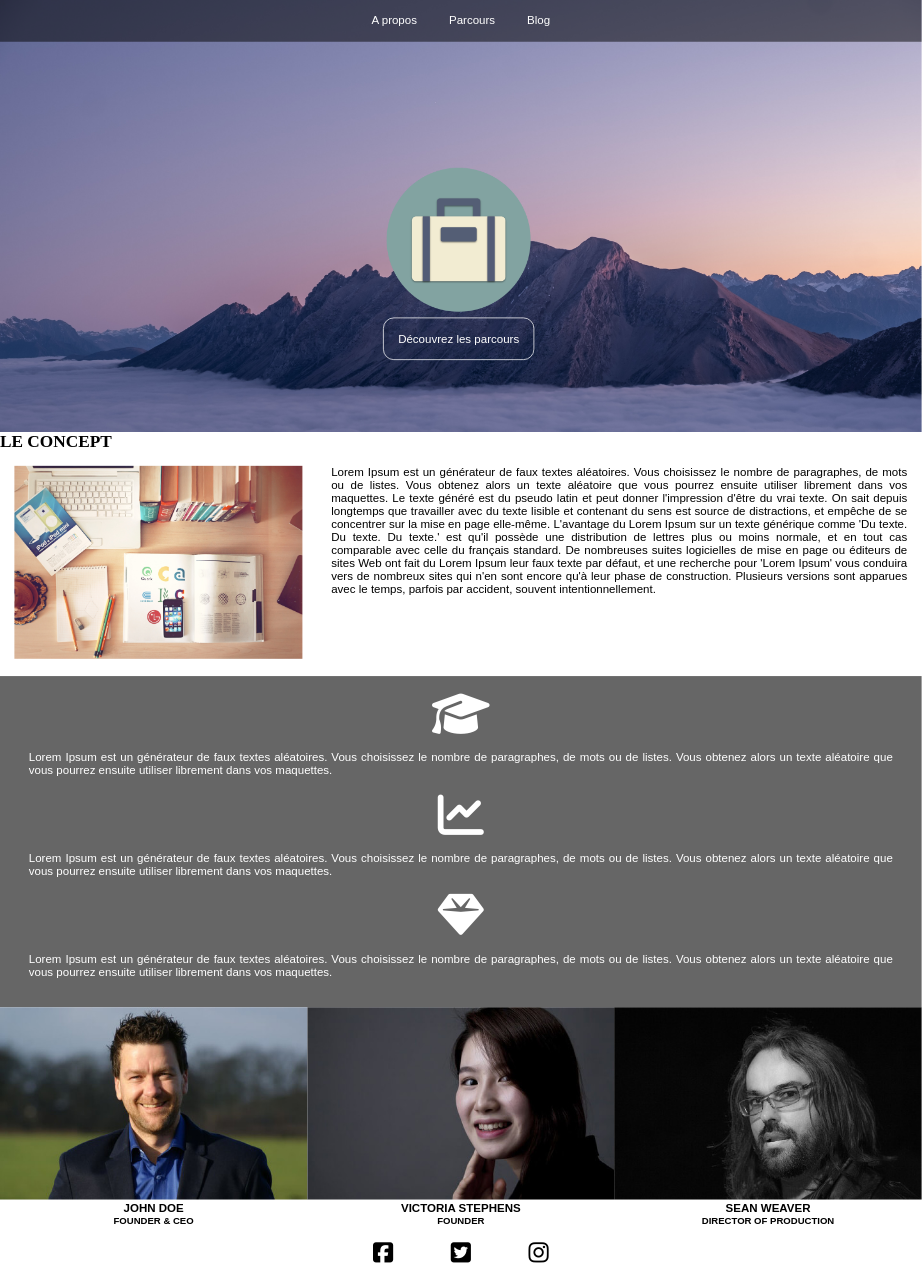
Repository: georeyff/WordPressThemes
Page: agenceVoyageInitial/index.html
The author's editor kept a copy of each file at every save. The page is drawn from the files as they stood at one save, then again after the next save.
The browser window is 1280 px wide. The pictures show the whole page, at 72% of full size.
Some web fonts or font styles are not loaded; a fallback is used. Some web libraries are served in a nearby version.

Above is the page before, as saved 2020-11-26 17:14:24.

After the next save:
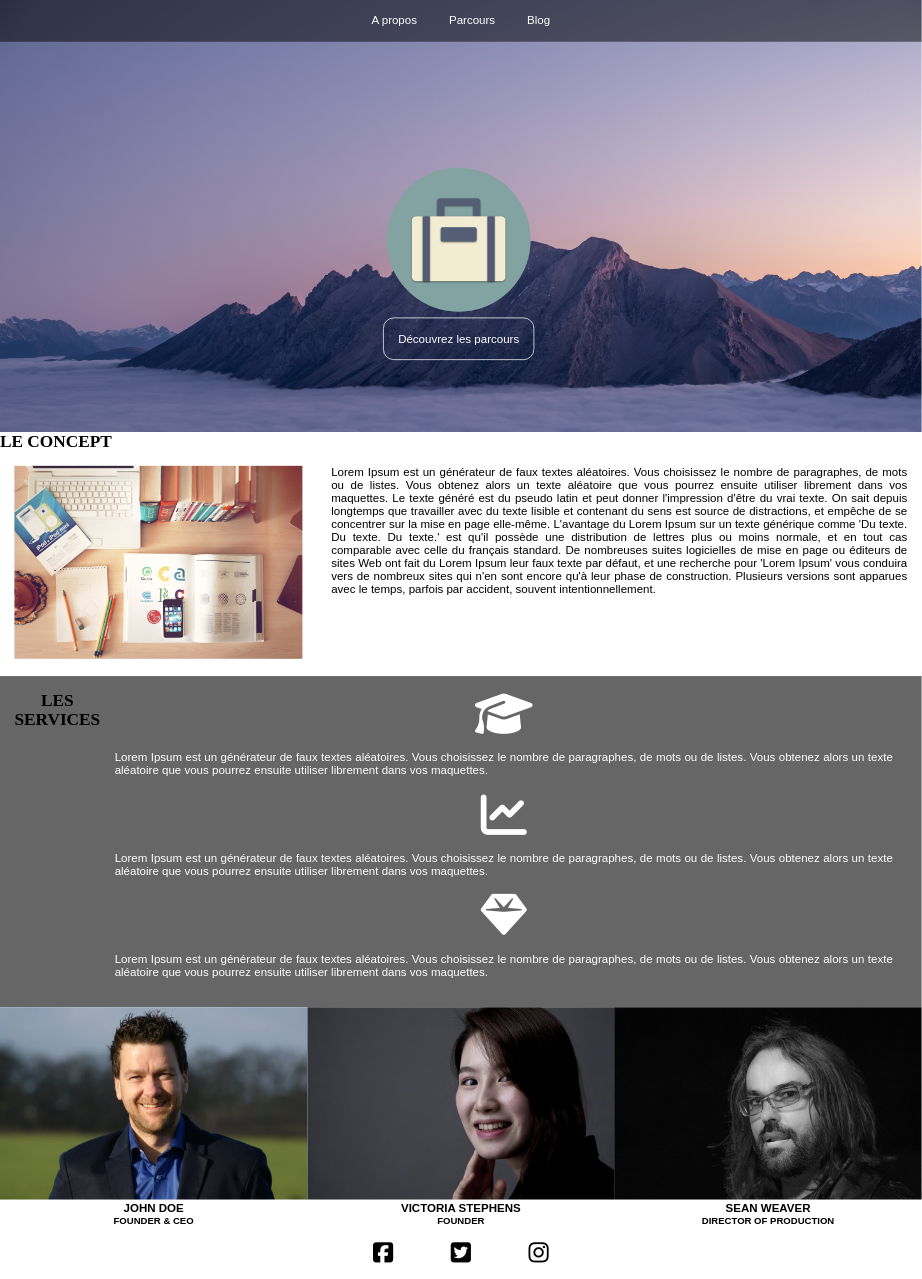
Saved 18 s later.
--- a/agenceVoyageInitial/index.html
+++ b/agenceVoyageInitial/index.html
@@ -55,6 +55,7 @@
     </section><!--Ici, on referme la section apropos-->
 
     <section id="services">
+      <h2>LES SERVICES</h2>
       <div id="services-section">
         <div class="services_item">
           <i class="fas fa-graduation-cap fa-4x"></i>
